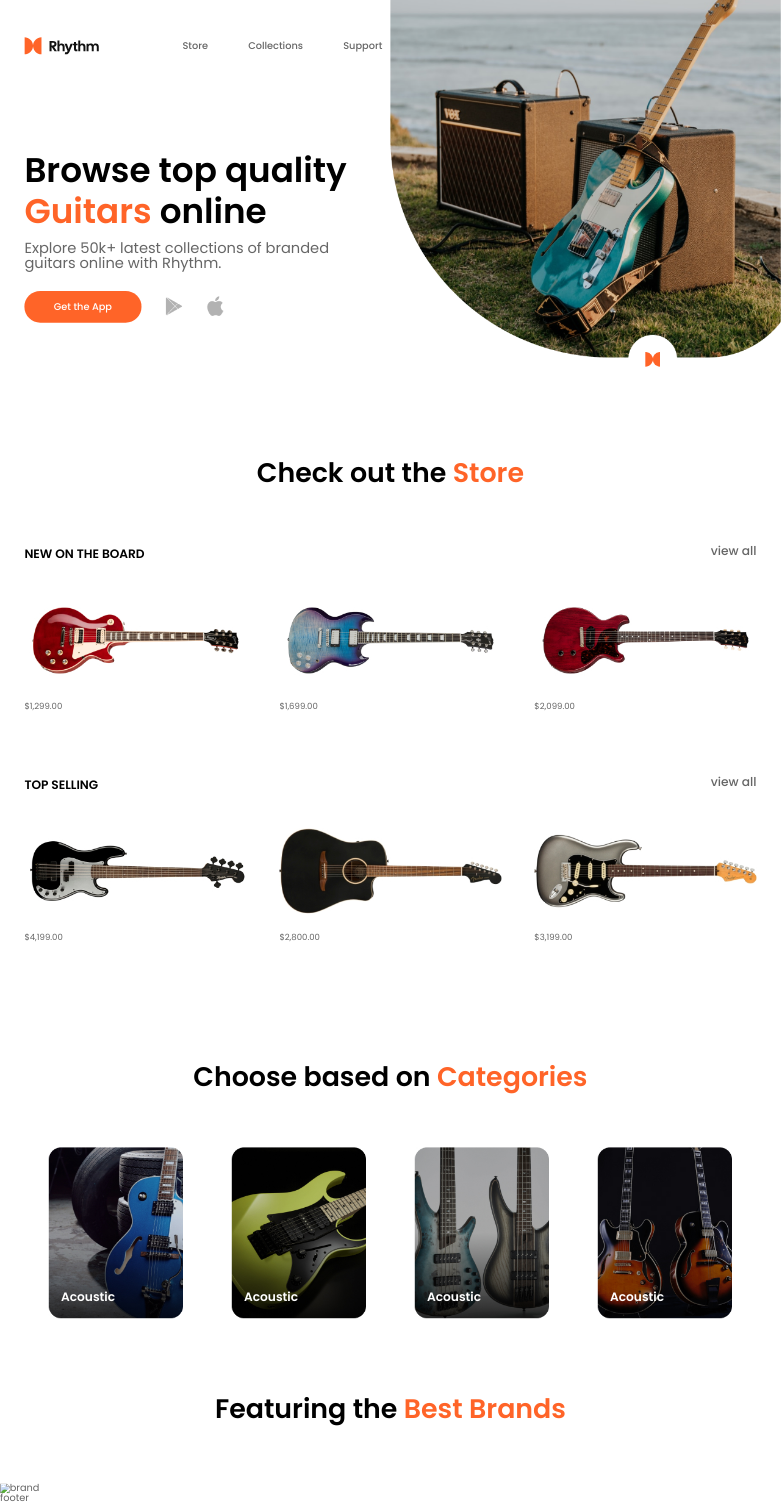
Repository: MorgunovaAlexandra/verstka-gitare-store
Page: index.html
The author's editor kept a copy of each file at every save. The page is drawn from the files as they stood at one save, then again after a run of saves.
The browser window is 1280 px wide. The pictures show the whole page, at 61% of full size.

Above is the page before, as saved 2022-06-11 17:37:52.

### index.html
<!DOCTYPE html>
<html lang="en">
<head>
    <meta charset="UTF-8">
    <meta http-equiv="X-UA-Compatible" content="IE=edge">
    <meta name="viewport" content="width=device-width, initial-scale=1.0">
    <link rel="stylesheet" href="./style.css">
    <title>Document</title>
</head>
<body>
    <div class="wrapper">
        <header class="header">
            <div class="header__container _container">
                <a href="" class="header__logo">
                    <img src="./img/logo.svg" alt="">
                </a>
                <nav class="header__menu menu">
                    <ul class="menu__list">
                        <li class="menu__item">
                            <a href="" class="menu__link">Store</a>
                        </li>
                        <li class="menu__item">
                            <a href="" class="menu__link">Collections</a>
                        </li>
                        <li class="menu__item">
                            <a href="" class="menu__link">Support</a>
                        </li>
                    </ul>
                </nav>
            </div>
        </header>
        <main class="page">
            <section class="page__main main">
                <div class="main__container _container">
                    <div class="main__content">
                        <h1 class="main__title">Browse top quality <span>Guitars</span> online</h1>
                        <p class="main__text">Explore 50k+ latest collections of branded guitars online with Rhythm.</p>
                        <div class="main_actions actions-main">
                            <a href="" class="actions-main__button">Get the App</a>
                            <div class="actions-main__icon"><img src="./img/Group.png" alt="playMarket"></div>
                            <div class="actions-main__icon"><img src="./img/Apple logo.png" alt="apple"></div>
                        </div>
                    </div>
                    <div class="main_decor decor-main">
                        <div class="decor-main__image">
                            <img  src="./img/unsplash_H6j0Zsy91WY.png"alt="Main">
                        </div>
                    </div>
                </div>
            </section>
            <section class="page_store store">
               <div class="store_container _container">
                   <h2 class="store_title _title">
                    Check out the <span>Store</span>
                   </h2>
                   <div class="store__body body-store">
                       <div class="body-store__header">
                           <div class="body-store__title">NEW ON THE BOARD</div>
                           <a class="body-store__all">view all</a>
                       </div>
                       <div class="body-store__items">
                           <div class="body-store__item item">
                             <a href="" class="item__image">
                                 <img class="img-gitara" src="./img/1gitara.jpg" alt="gitare">
                             </a>
                             <div class="item__title">The Essential Les Paul</div>
                             <div class="item__price">$1,299.00</div>
                           </div>
                           <div class="body-store__item item">
                            <a href="" class="item__image">
                                <img  class="img-gitara" src="./img/2gitare.jpg" alt="gitare">
                            </a>
                            <div class="item__title">J-45 Standard</div>
                            <div class="item__price">$1,699.00</div>
                          </div>
                          <div class="body-store__item item">
                            <a href="" class="item__image">
                                <img  class="img-gitara" src="./img/3gitare.jpg" alt="gitare">
                            </a>
                            <div class="item__title">Hummingbird Standard</div>
                            <div class="item__price">$2,099.00</div>
                          </div>

                       </div>
                    <div class="body-store__header he">
                        <div class="body-store__title">TOP SELLING</div>
                        <a class="body-store__all">view all</a>
                    </div>
                       <div class="body-store__items">
                        <div class="body-store__item item">
                            <a href="" class="item__image">
                                <img class="img-gitara" src="./img/4gitare.jpg" alt="gitare">
                            </a>
                            <div class="item__title">Active Precision Bass® PH V</div>
                            <div class="item__price">$4,199.00</div>
                        </div>
                        <div class="body-store__item item">
                            <a href="" class="item__image">
                                <img class="img-gitara" src="./img/5gitare.jpg" alt="gitare">
                            </a>
                            <div class="item__title">Redondo Special</div>
                            <div class="item__price">$2,800.00</div>
                        </div>
                        <div class="body-store__item item">
                            <a href="" class="item__image">
                                <img class="img-gitara" src="./img/6gitare.jpg" alt="gitare">
                            </a>
                            <div class="item__title">Professional II Stratocaster®</div>
                            <div class="item__price">$3,199.00</div>
                        </div>
                      </div>
                   </div>
               </div>
            </section>
            <section class="page_categories categories">
              <div class="categories__container _container">
                <h2 class="categories__title _title">
                    Choose based on <span>Categories</span>
                </h2>
                <div class="categories__items">
                   <div class="categories__item item">

                       <img class="item__img" src="./img/categories/Rectangle 139.jpg">
                        <h2 class="item__title">Acoustic</h2>
                   </div>
                   <div class="categories__item item">
                    <img class="item__img" src="./img/categories/Rectangle 140.jpg">
                     <h2 class="item__title">Acoustic</h2>
                </div>
                <div class="categories__item item">
                    <img class="item__img" src="./img/categories/Rectangle 141.jpg">
                     <h2 class="item__title">Acoustic</h2>
                </div>
                <div class="categories__item item">
                    <img class="item__img" src="./img/categories/Rectangle 142.jpg">
                     <h2 class="item__title">Acoustic</h2>
                </div>
                </div>
              </div>

            </section>
            <section class="page__brand brand">
                <div class="brand__container _container">
                    <h2 class="brand__title _title">Featuring the <span>Best Brands</span></h2>
                </div>
                <div class="brand__items">
                   <div class="brand__item item">
                      <img src="" alt="brand">
                   </div>

                </div>
            </section>
        </main>
        <footer class="footer">footer</footer>
    </div>

</body>
</html>

### style.css
@import url('https://fonts.googleapis.com/css2?family=Poppins:wght@400;500;600&display=swap');
*,*::before,*::after{
    margin: 0;
    padding: 0;
    box-sizing: border-box;
    border: none;
}
html,body{
    height: 100%;
    min-width: 320px;
}
body{
    line-height: 1;
    font-family: Poppins;
    font-size: 16px;
    color:#666666;
}
ul{}
li{
    list-style: none;
}
a{
    text-decoration: none;
    color:#666666;
    font-weight: 500;

}
/*-----------------------------------*/
._container{
    max-width: 1230px;
    margin: 0 auto;
    padding: 0px 15px;
}
._title{
    font-size: 44px;
    line-height: 52px;
    color:black
}
._title span{
    color:#FF6428
}
/*-----------------------------------*/
.wrapper{
    display: flex;
    flex-direction: column;
    min-height: 100%;
    overflow: hidden;
}

/*------------------header------------------*/
.header__container{
    display: flex;
    gap:131px;
    min-height: 152px;
    align-items: center;
}
.header__logo{

}
.menu__list{
    display: flex;
    gap:56px;
}
.menu__item{
padding: 5px;
background-color:rgba(255,255,255,0.5);
}
.header{
    position: absolute;
    top:0;
    left: 0;
    width: 100%;
    z-index: 20;
}
@media(max-width:1092px) {
    .header__container{
        gap:50px;
        min-height: 100px;
    }
    .menu__list{
        gap:40px;
    }
}
@media(max-width:768.98px){
    .header__container{
        min-height: 50px;
    }
}
@media(max-width:479.98px){
    .menu__list{
        gap:20px
    }
    .header__logo{
        width: 28px;
        overflow: hidden;
        flex: 0 0 28px
    }
    .header__container{
        gap:20px;
    }
    .menu{
        padding: 0;
    }
}
/*------------------main------------------*/
.page{
    flex:1 1 auto
}
.page__main {
}
.main {
    padding-bottom: 80px;
}
.main__container {
    display: flex;
}
._container {
}
.main__content {
    display: flex;
    flex-direction: column;
    justify-content: space-between;
    flex:1 1 50%;
    align-self: flex-end;
    padding-bottom: 60px;
    padding-top: 120px;
    padding-right: 20px;
}
.main__title {
    font-size: 3.5rem;
    line-height: 67px;
    color:black;
    margin-bottom: 16px;
}
.main__title span{
    color:#FF6428
}
.main__text {
    margin-bottom: 34px;
    font-size: 1.5rem;
}
.main_actions {
}
.actions-main {
    display: flex;
    gap: 40px;
    align-items: center;
}
.actions-main__button {
    background-color: #FF6428;
    color:white;
    padding: 18px 48px;
    border-radius: 40px;
    text-align: center;
    transition: all 0.3s ease 0s;
}
.actions-main__button:hover{
    background-color:#b03808
}
.actions-main__icon {
}
.main_decor {
    flex:1 1 50%
}
.decor-main {
}
.decor-main__image {
    margin-right: -135px;
    position: relative;


}
.decor-main__image img{
    max-width: 672px;
}
.decor-main__image::after{
    content: "";
    background: url("./img/Group\ 5189.png");
    width: 80px;
    height: 80px;
    position: absolute;
    right: 36%;
    bottom: 0;
    transform: translate(0,50%);
}
@media(max-width:1092px){
    .decor-main__image img{
        width: 100%;

    }
    .main__content {
        flex:0 0 60%;
        padding-bottom: 0;
    }
    .main_decor {
        flex:0 0 40%
    }
}
@media(max-width:767.97px){
    .main_decor {
        display: none;
    }
    .main__content {
        flex: 1 1 100%;
        padding-right: 0;
        padding-top: 80px;
    }
    .main__title {
        font-size: 44px;
    }
}
@media(max-width:497.98px){
    .actions-main__button {
        flex:1 1 100%;
    }
    .actions-main__icon {
        display: none;
    }
}
/*-----------SECTION2--------------*/
.store_title{
    text-align: center;
    margin-bottom: 92px;
}

.page_store {
}
.store {
    padding-top: 80px;
    padding-bottom: 90px;
}
.store_container {
}
._container {
}


.store__body {
}
.body-store {
}
.body-store__header {
    display: flex;
    justify-content: space-between;
    gap:15px;
    margin-bottom: 32px;
}
.body-store__title {
    font-size: 20px;
    line-height: 30px;
    color:black;
    font-weight: 600;
}
.body-store__all {
    font-weight: 500;
    font-size: 20px;
}
.body-store__items{
    display: flex;
    justify-content: space-between;
    flex-wrap: wrap;
    margin-bottom: 102px;
}
.item__title{
    font-size: 16px;
    font-weight: 500;
    color:#121212;
    line-height: 24px;
    margin-bottom: 7px;
}
.item__price{
    font-size: 14px;
    line-height: 21px;
    font-weight: 400;
}
.item__image{
    padding-bottom: 40px;

}
.img-gitara{
    max-width: 364px;
}
@media(max-width:767.97px){
    .he{
        display: none;
    }
    .item{
        max-width: 50%;
    }
    .img-gitara{
        width: 100%;
    }
}
@media(max-width:497.98px){
    .he{
        display: none;
    }
    .item{
        max-width: 90%;
    }
    .img-gitara{
        width: 100%;
    }
    .body-store__items{
        justify-content: center;
    }
    .body-store__items{
        margin-bottom: 0;
    }
    .store_title {
        margin-bottom: 10px;
    }
    .store {
        padding-top: 0px;
    }
    .body-store__title {
        font-size: 16px;
    }
    .main{
        padding-bottom: 18px;
    }
}


/*----------SECTION3----------------------*/
.categories__items{
    display: flex;
    justify-content: space-around;
    flex-wrap: wrap;
}
.categories__title{
    text-align: center;
    margin-bottom: 80px;
}
.categories__item{
    position: relative;
    padding: 10px;
}
.item__title{
    position: absolute;
    top:80%;
    left: 30px;
    color:white;
    font-weight: 600;
    font-size: 20px;
}
.page_categories{
    padding-bottom: 110px;
}
/*----------------------------SECTION BRAND------------*/
.page__brand{

}
.brand__title{
    text-align: center;
    margin-bottom: 96px;
}

After the next 4 saves:
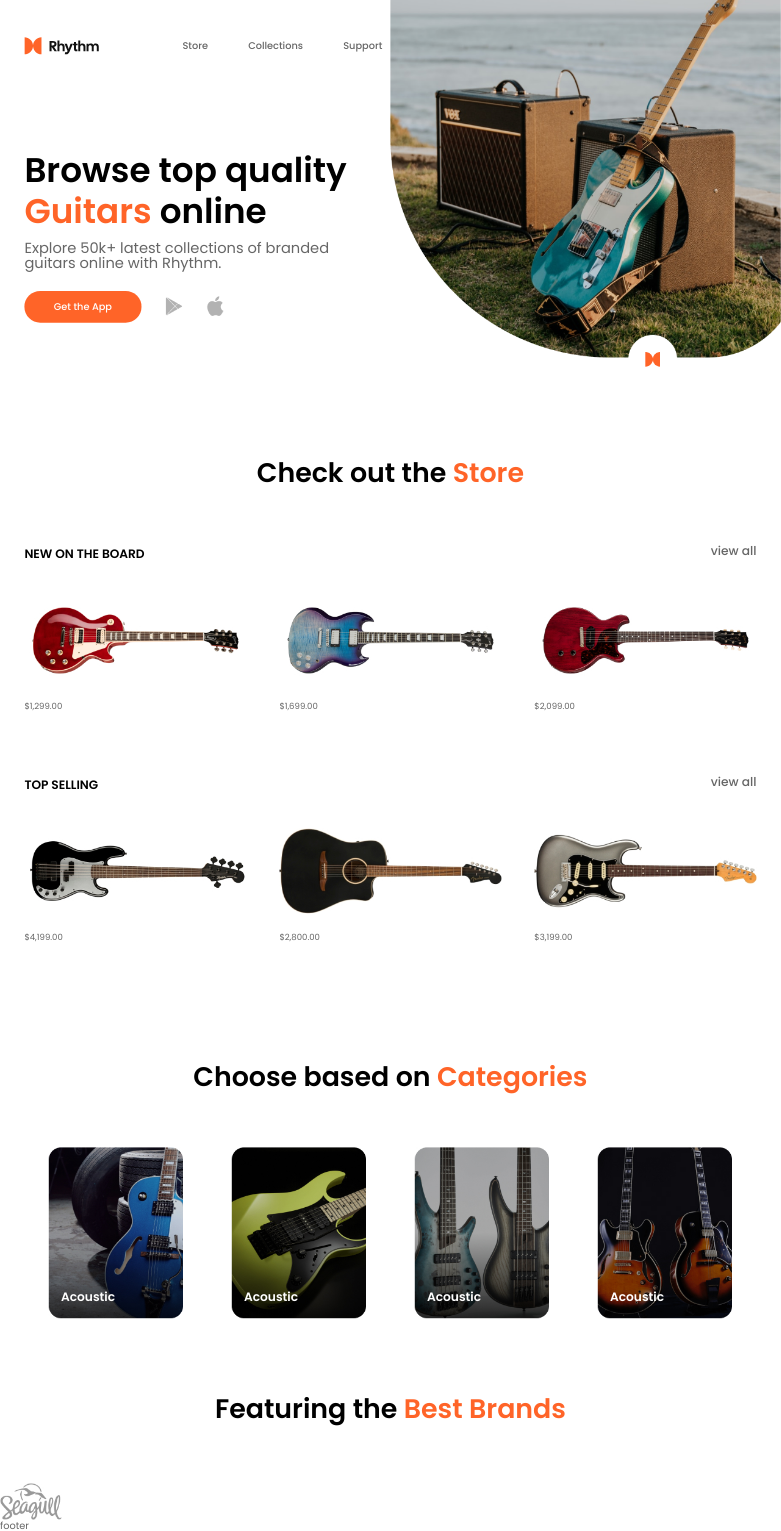
The 4 saves are shown as one change because they came seconds apart.
The last was saved 3 min 56 s later.
--- a/index.html
+++ b/index.html
@@ -145,7 +145,7 @@
                 </div>
                 <div class="brand__items">
                    <div class="brand__item item">
-                      <img src="" alt="brand">
+                      <img src="./img/brand/Frame.jpg" alt="brand">
                    </div>
 
                 </div>
